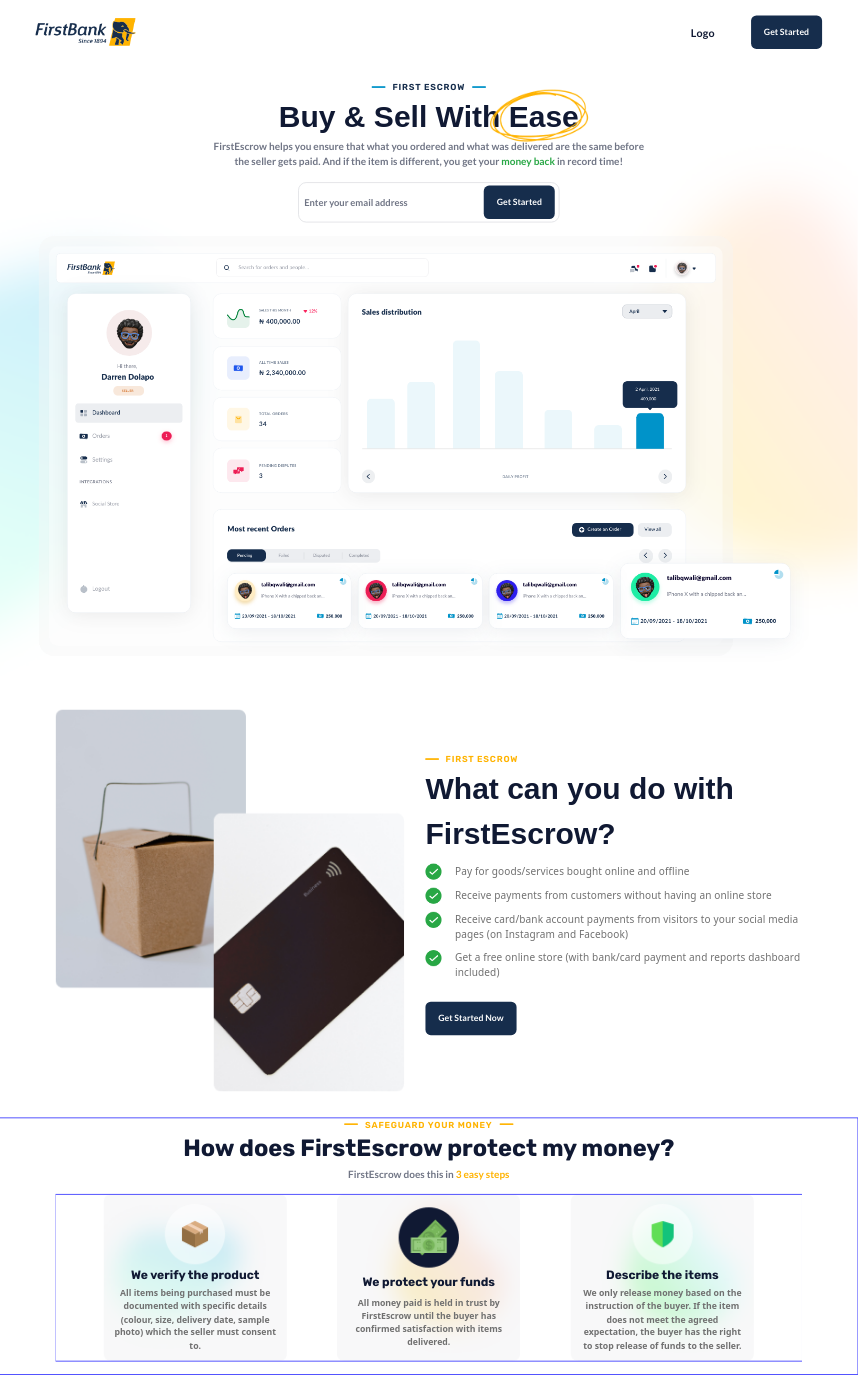
Repository: Pepperest-dev/First_Escrow_Home
Page: index.html
These files come from the project's save history. The page is drawn as it stood at one moment and after a run of saves; the edit follows.
The browser window is 1280 px wide. The pictures show the whole page, at 67% of full size.

Above is the page before, as saved 2021-09-26 12:31:35.

After the next 2 saves:
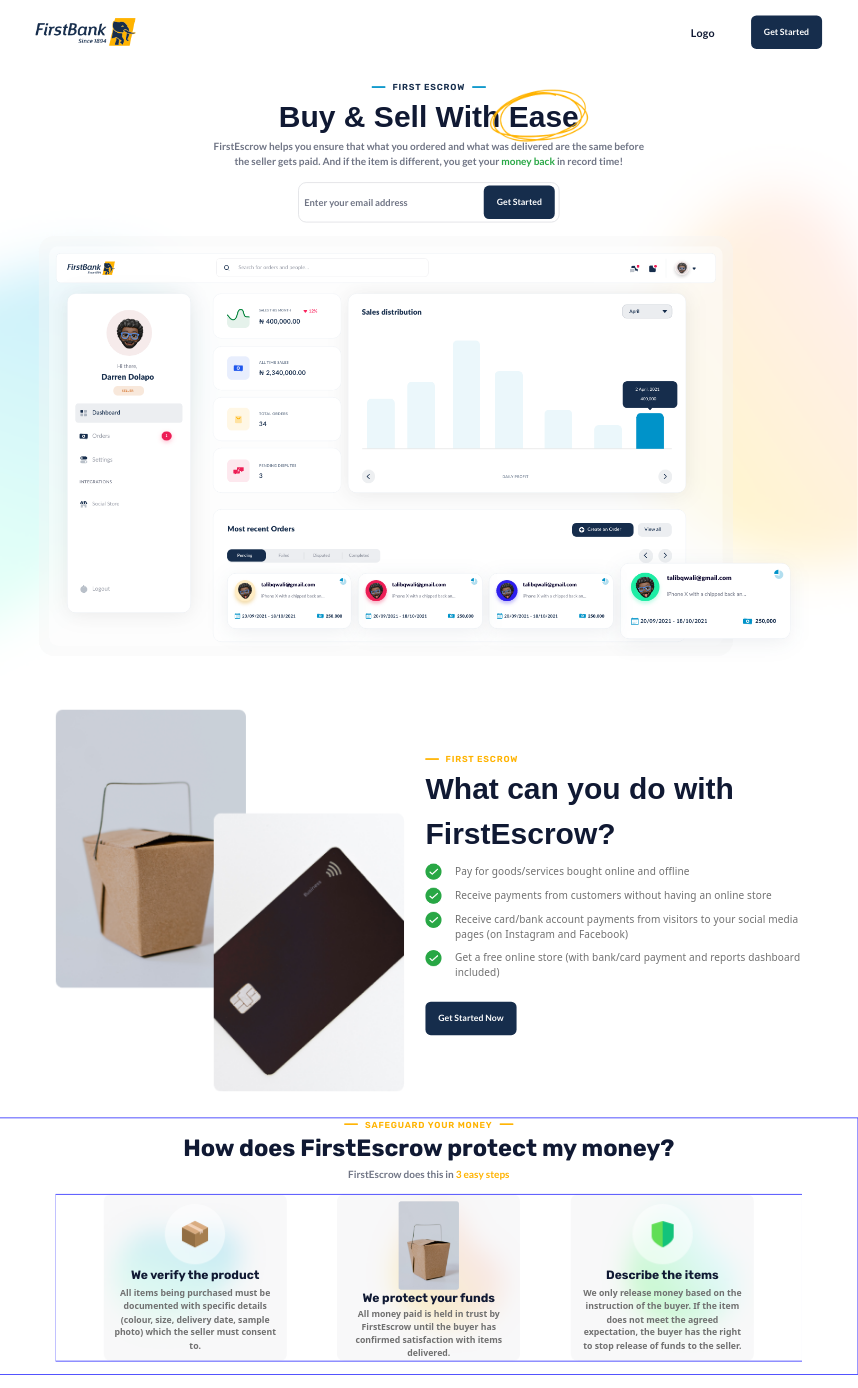
The 2 saves are shown as one change because they came seconds apart.
The last was saved 28 s later.
--- a/Js/app.js
+++ b/Js/app.js
@@ -26,7 +26,7 @@
         "All items being purchased must be documented with specific details (colour, size, delivery date, sample photo) which the seller must consent to.",
     },
     {
-      imgUrl: "/assets/imgs/dollarCurrency.png",
+      imgUrl: "/assets/imgs/bagCard.png",
       bgImgUrl: "/assets/imgs/yellowCardBg.png",
       boxTitle: "We protect your funds",
       boxTextContent:
